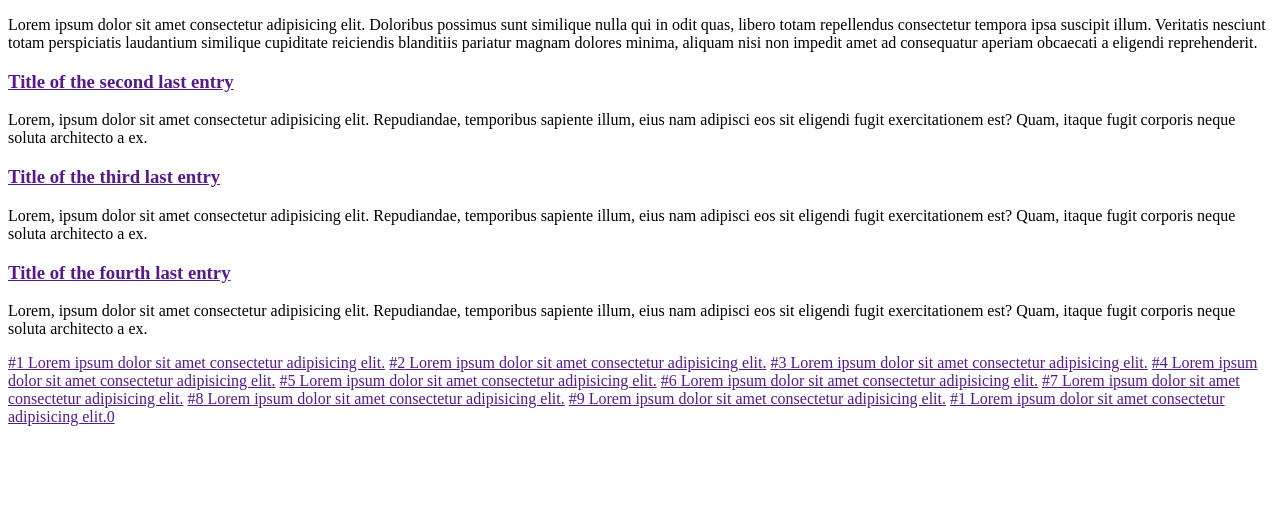
Repository: KikiMcArron/Don_Kiki_McArron
Page: index.html
The author's editor kept a copy of each file at every save. The page is drawn from the files as they stood at one save, then again after the next save.
The browser window is 1280 px wide. The pictures show the whole page.

Above is the page before, as saved 2022-04-10 19:26:05.

After the next save:
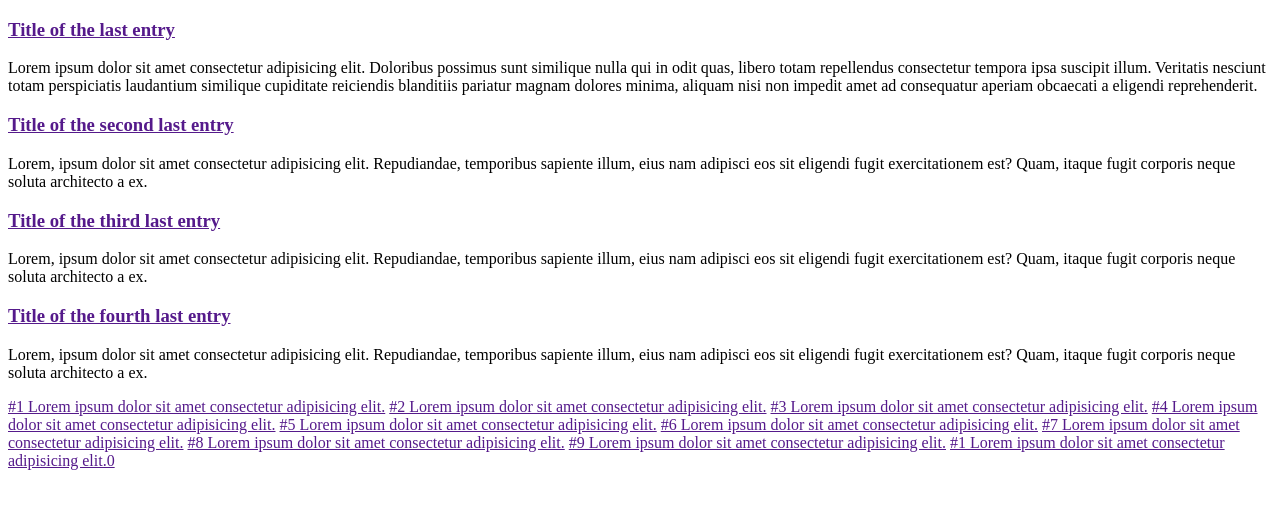
Saved 46 min 44 s later.
--- a/index.html
+++ b/index.html
@@ -14,13 +14,13 @@
     </header>
     <main>
         <section class="last_entrie">
-            <article>
-                <a href=""></a>
+            <div>
+                <a href=""><h3>Title of the last entry</h3></a>
                 <p>Lorem ipsum dolor sit amet consectetur adipisicing elit. Doloribus possimus sunt similique nulla qui in odit quas, libero totam repellendus consectetur tempora ipsa suscipit illum. Veritatis nesciunt totam
                     perspiciatis laudantium similique cupiditate reiciendis blanditiis pariatur magnam dolores minima,
                     aliquam nisi non impedit amet ad consequatur aperiam obcaecati a eligendi reprehenderit.</p>
 
-            </article>
+            </div>
         </section>
         <section class="prev_entries">
             <article>
